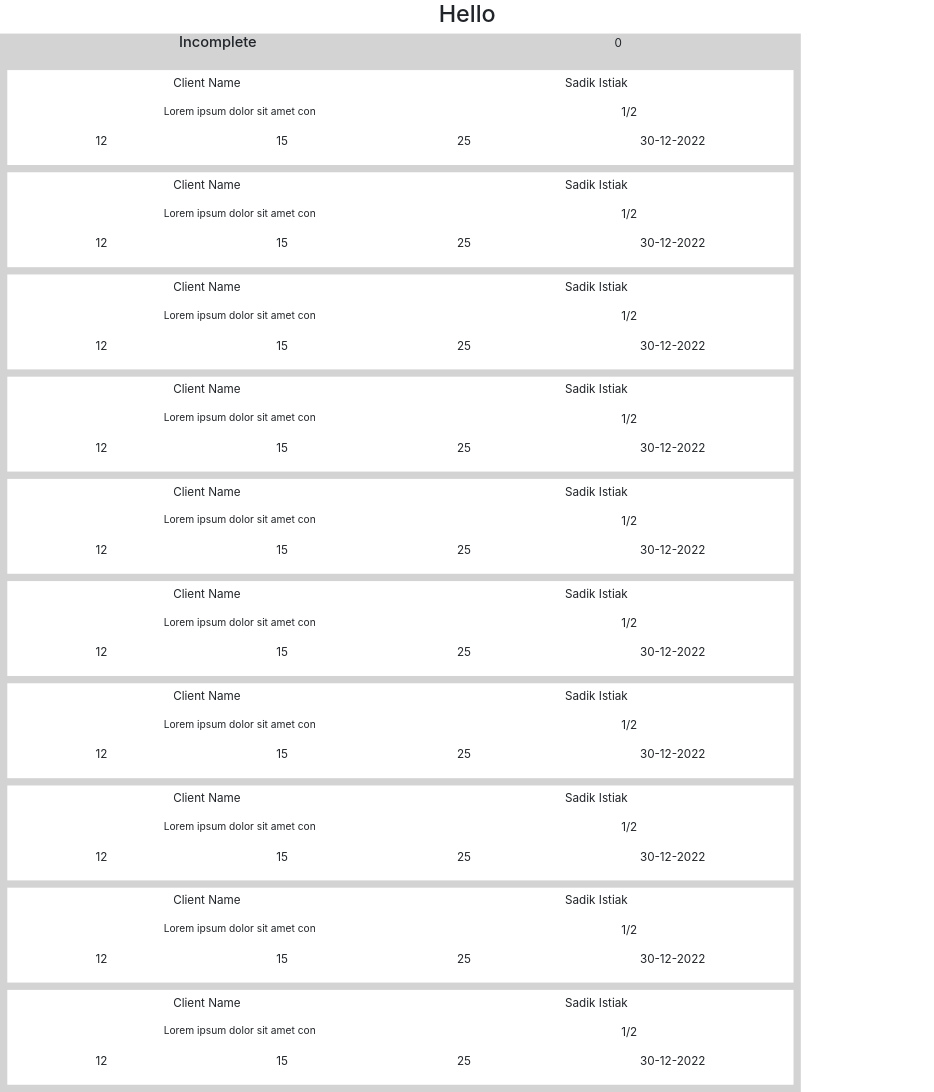
Repository: Sharif-00112/dashboard-task-frontend
Page: /
The author's editor kept a copy of each file at every save. The page is drawn from the files as they stood at one save, then again after the next save.
The browser window is 1280 px wide. The pictures show the whole page, at 73% of full size.
The project was rebuilt for these pictures with package versions that can differ from the ones it lists, and the page was loaded fresh each time.

Above is the page before, as saved 2023-01-27 23:53:26.

After the next save:
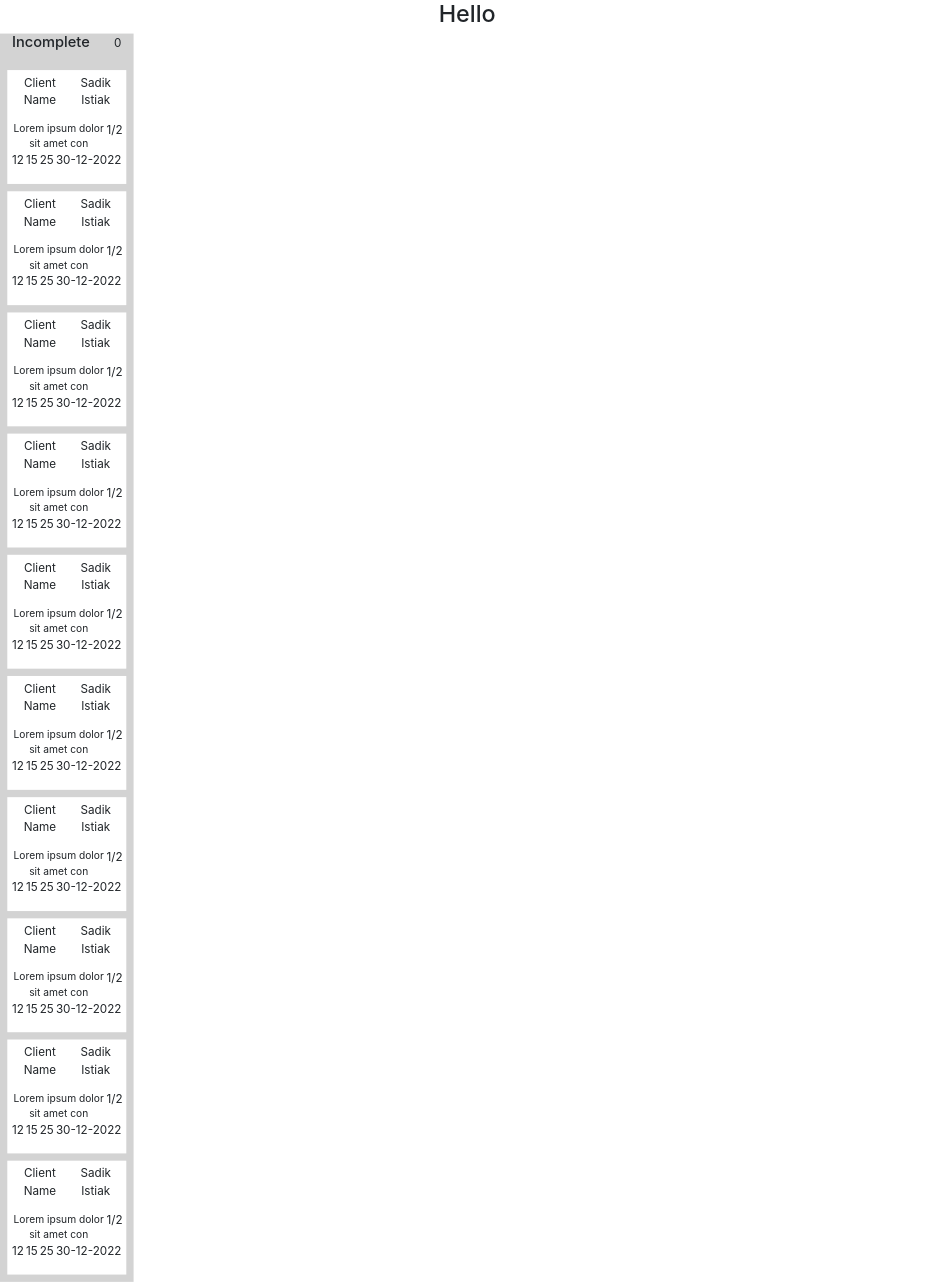
Saved 27 s later.
--- a/src/Components/styles.css
+++ b/src/Components/styles.css
@@ -15,5 +15,5 @@
 
 .dashboard{
     display: grid;
-    grid-template-columns: 6fr 1fr;
+    grid-template-columns: 1fr 6fr;
 }
